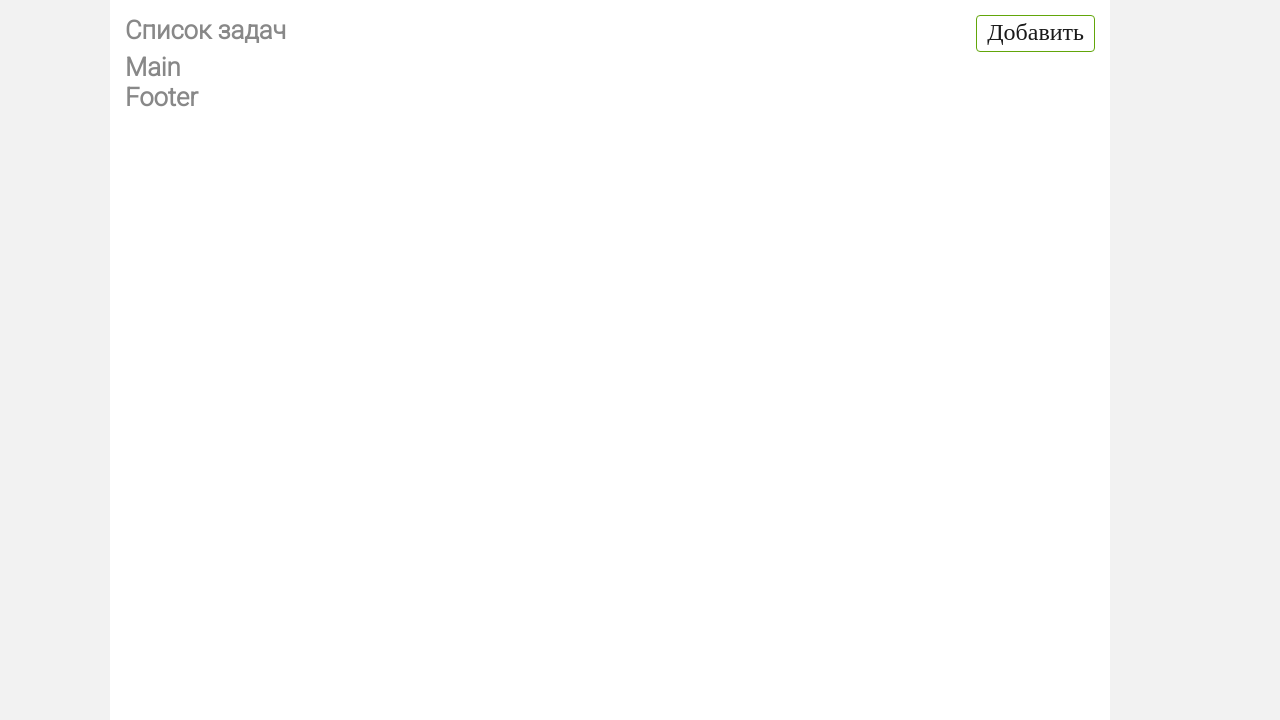
Repository: XaVi7777/todos-with-hooks
Page: /
These files come from the project's save history. The page is drawn as it stood at one moment and after the next save; the edit follows.
The browser window is 1280 px wide. The pictures show the whole page.
The project was rebuilt for these pictures with package versions that can differ from the ones it lists, and the page was loaded fresh each time.

Above is the page before, as saved 2020-08-03 15:25:05.

After the next save:
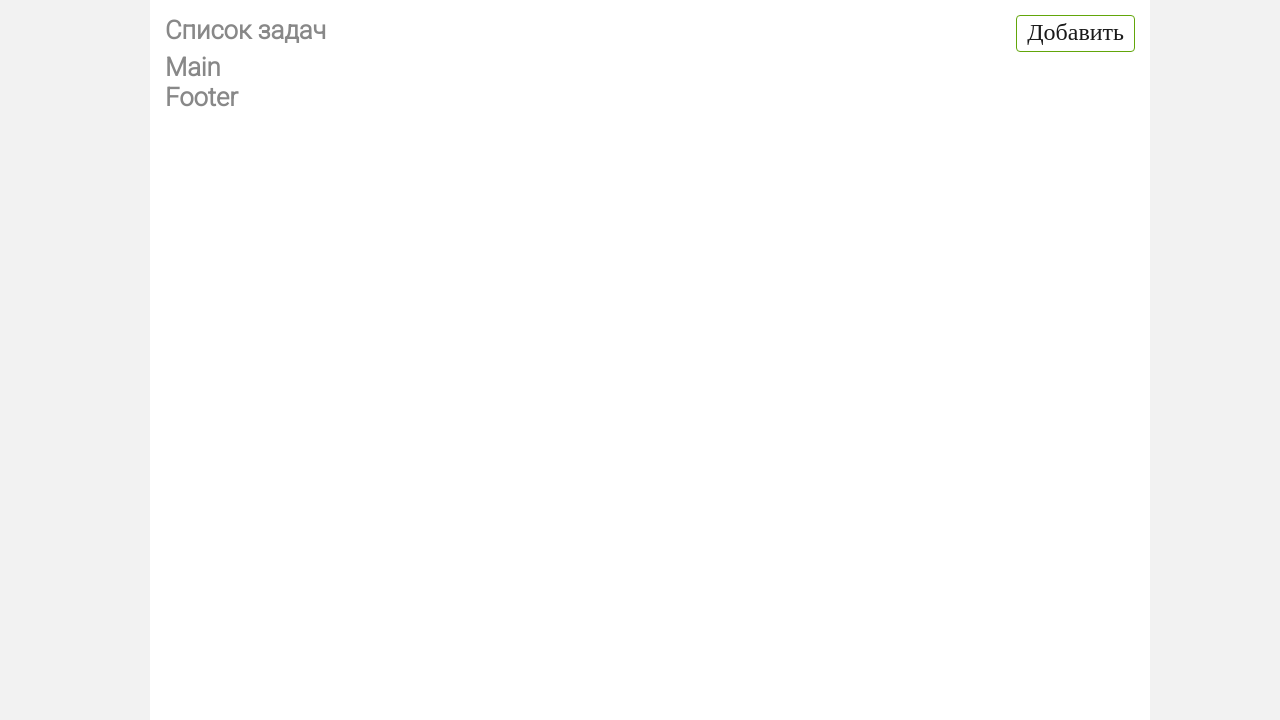
Saved 15 s later.
--- a/src/scss/index.scss
+++ b/src/scss/index.scss
@@ -34,6 +34,6 @@ body {
   height: 100%;
   display: block;
   color: #888;
-  max-width: 1200px;
+
   font-size: 0.8rem;
 }
